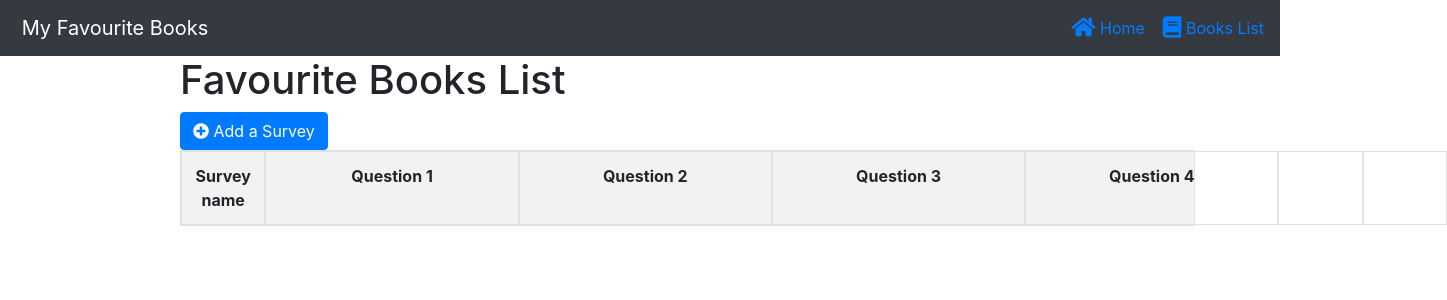
Repository: lord-NAVY/titans
Page: http://localhost/book-list
These files come from the project's save history. The page is drawn as it stood at one moment and after the next save; the edit follows.
The browser window is 1280 px wide. The page is 1447 px wide, then 1280 px, so the pictures cover 1447 px, including what lies to the right of the window. The pictures show the whole page.
The page is served by the project's Node server (server.js). Queries for data that is not in the repository find no rows.

Above is the page before, as saved 2021-11-09 20:51:52.

After the next save:
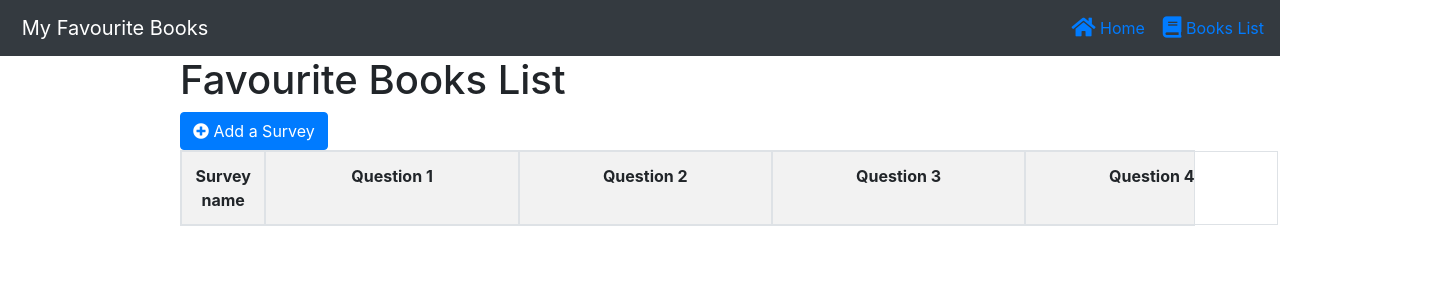
Saved 61 s later.
--- a/server/views/book/index.ejs
+++ b/server/views/book/index.ejs
@@ -21,8 +21,7 @@
                     <th class="text-center col-3">Question 2</th>
                     <th class="text-center col-3">Question 3</th>
                     <th class="text-center col-3">Question 4</th>
-                    <th class="text-center col-1"></th>
-                    <th class="text-center col-1"></th>
+
                 </tr>
 
                 <!-- Repeatable Template Row -->
